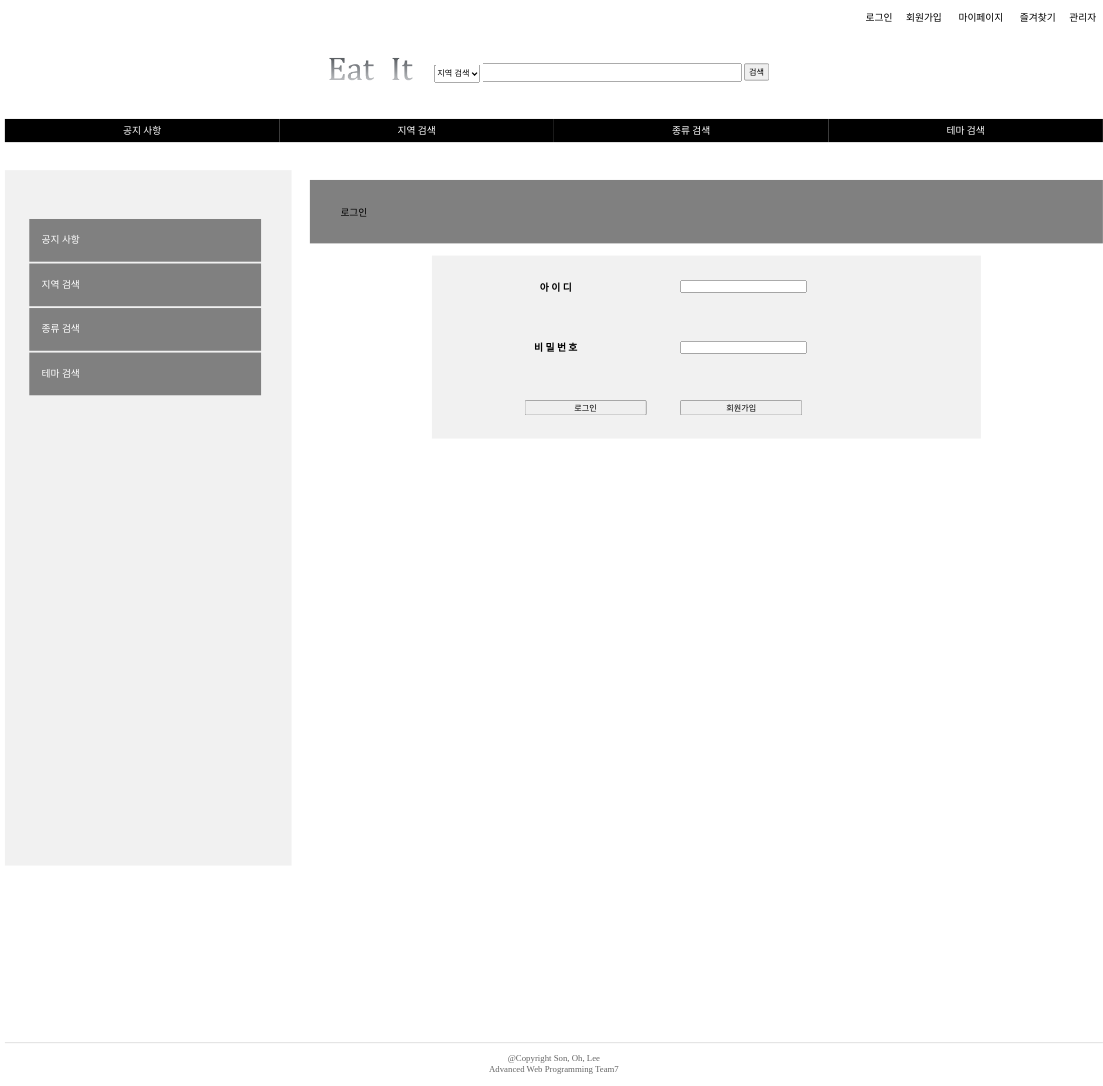
Repository: sonminho/aos
Page: http://localhost/EatIt/login.jsp
These files come from the project's save history. The page is drawn as it stood at one moment and after the next save; the edit follows.
The browser window is 1280 px wide. The page is 1808 px wide, so the pictures cover 1808 px, including what lies to the right of the window. The pictures show the whole page, at 61% of full size.
Some web libraries are served in a nearby version. The page is served by Tomcat 9.

Above is the page before, as saved 2017-12-11 11:36:10.
Console error: TypeError: Cannot read properties of undefined (reading 'style')

After the next save:
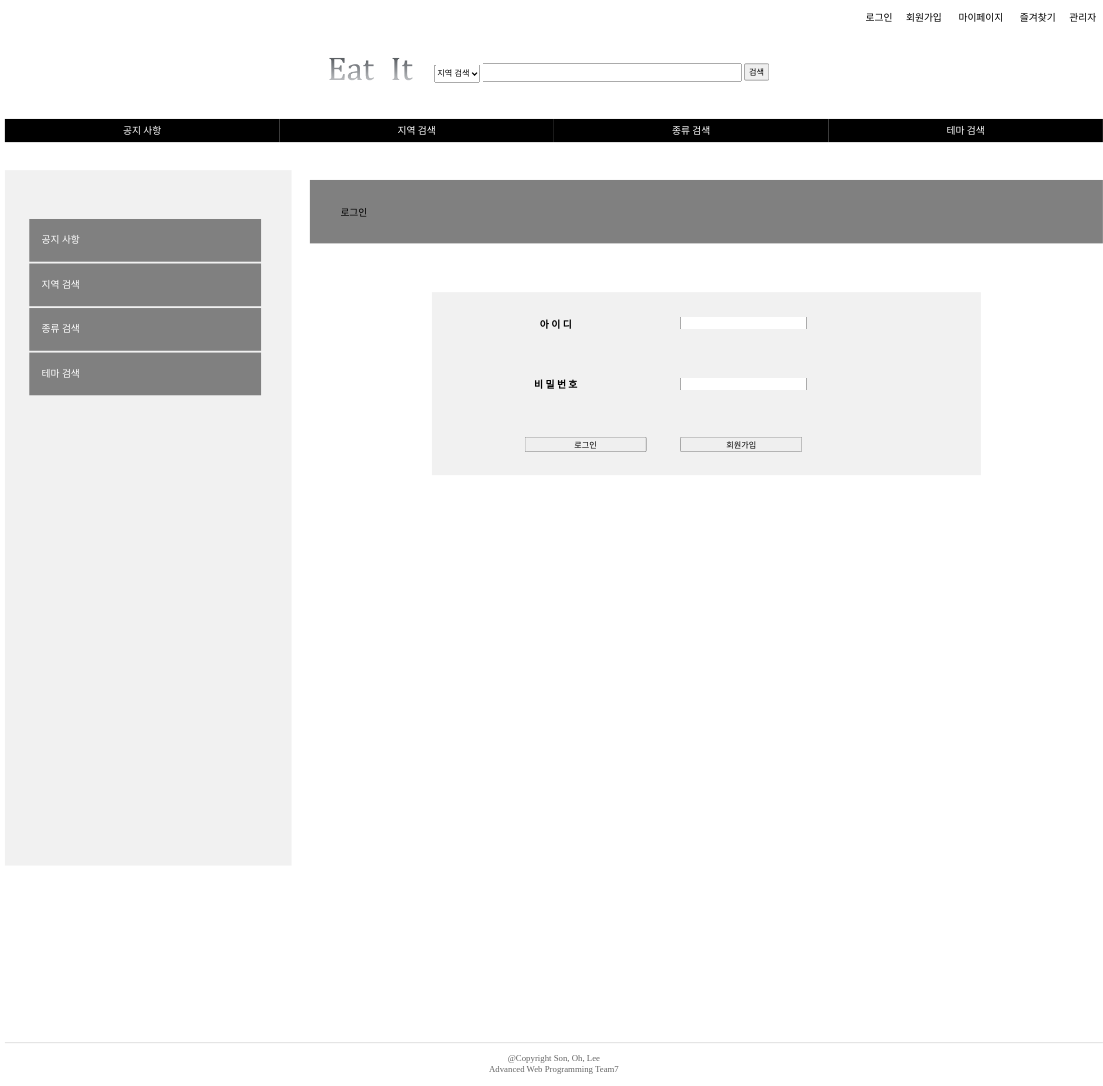
Saved 7 s later.
--- a/EatIt/EatIt/WebContent/login.jsp
+++ b/EatIt/EatIt/WebContent/login.jsp
@@ -244,7 +244,7 @@
 		margin:0px auto;
 		background:#f1f1f1;
 		border:0;
-		margin-top:20px;
+		margin-top:80px;
 	}
 	#content table tr{
 		height:50px;
